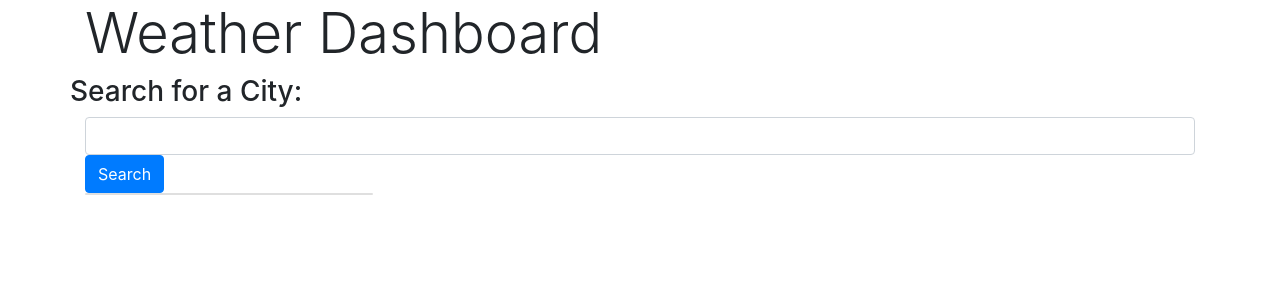
Repository: LaBrewT2/weather-dashboard
Page: index.html
An editor plug-in stored every save of this project. The page is shown before and after a run of saves, followed by the edit.
The browser window is 1280 px wide. The pictures show the whole page.
Some web libraries are served in a nearby version.

Above is the page before, as saved 2021-01-03 19:36:14.

After the next 6 saves:
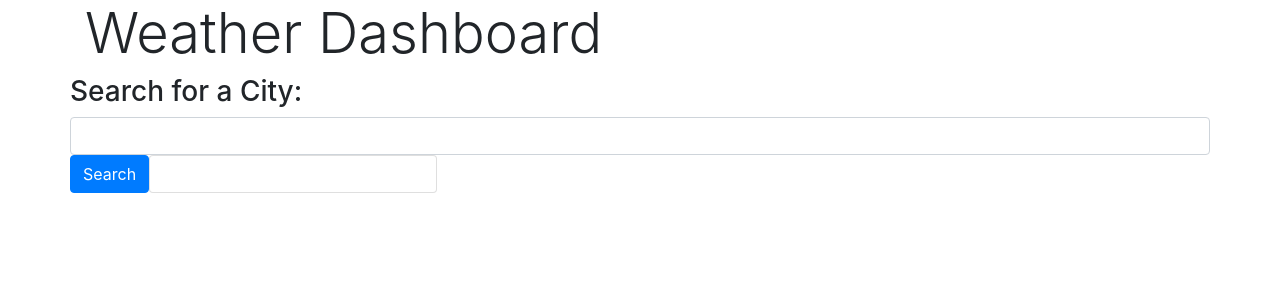
The 6 saves are shown as one change because they came seconds apart.
The last was saved 15 s later.
--- a/index.html
+++ b/index.html
@@ -26,7 +26,7 @@
   <div class="row" id = "searchBlock">
     <h3>Search for a City:</h3>
   </div>
-  <div class=>
+  <div class="row form-group">
     <span id="error"></span>
     <input type="text" class="form-control" id="city" aria-describedby="basic-addon3">
     <input class="btn btn-primary" id="search" type="submit" value="Search">
